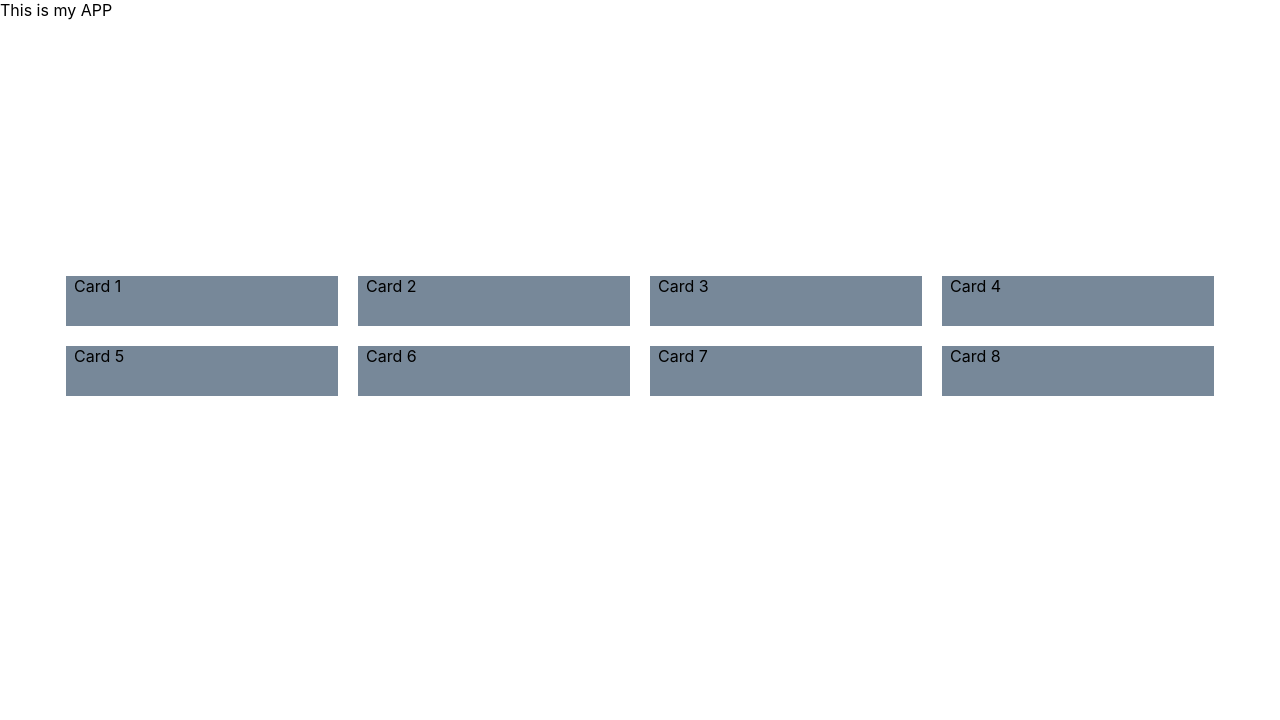
Repository: vnevescode/ui-components-react
Page: /
An editor plug-in stored every save of this project. The page is shown before and after the next save, followed by the edit.
The browser window is 1280 px wide. The pictures show the whole page.
The project was rebuilt for these pictures with package versions that can differ from the ones it lists, and the page was loaded fresh each time.

Above is the page before, as saved 2022-06-09 22:24:59.

After the next save:
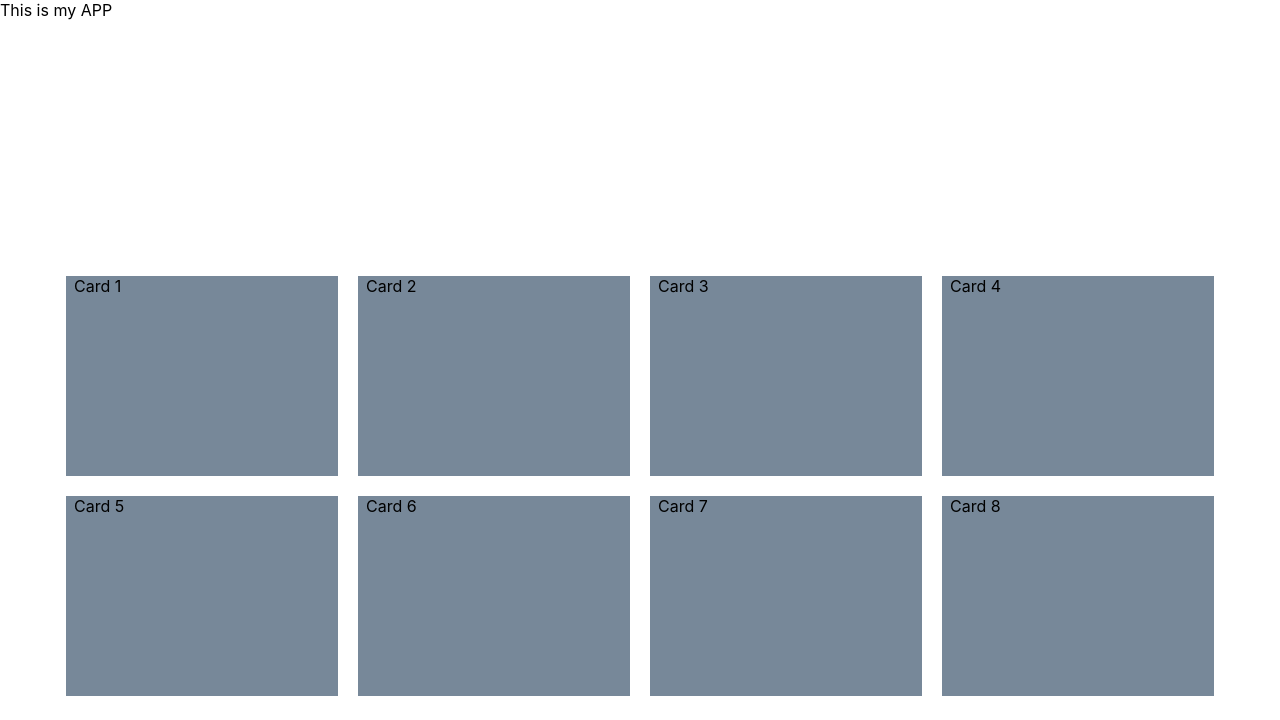
Saved 6 s later.
--- a/src/components/Cards/Cards.style.css
+++ b/src/components/Cards/Cards.style.css
@@ -11,7 +11,7 @@
 
 .cards__item{
     /* width: 50px;*/
-    height: 50px;
+    height: 200px;
     flex-basis: 20%;
     padding-left: 8px;
     padding-right: 8px;
